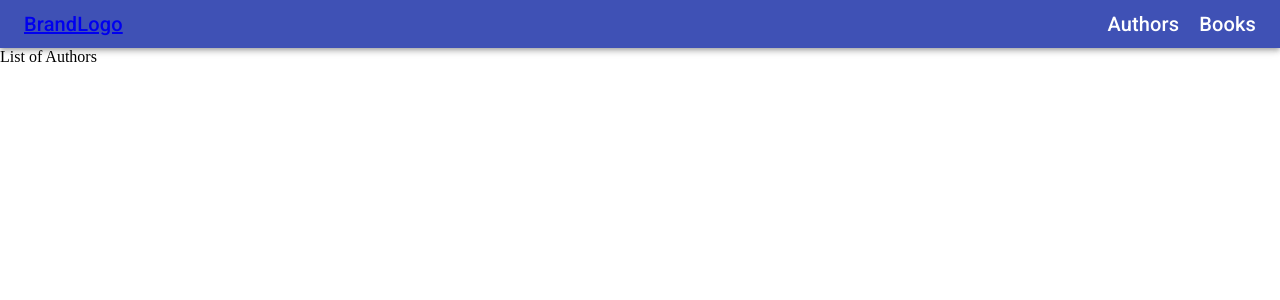
Repository: Sociophuck/00007494
Page: /authors (app in front/)
The author's editor kept a copy of each file at every save. The page is drawn from the files as they stood at one save, then again after the next save.
The browser window is 1280 px wide. The pictures show the whole page.
The project was rebuilt for these pictures with package versions that can differ from the ones it lists, and the page was loaded fresh each time. Also part of the build but not shown: front/src/App.css, front/src/Book.js, front/src/Home.js.

Above is the page before, as saved 2021-04-04 11:05:47.

After the next save:
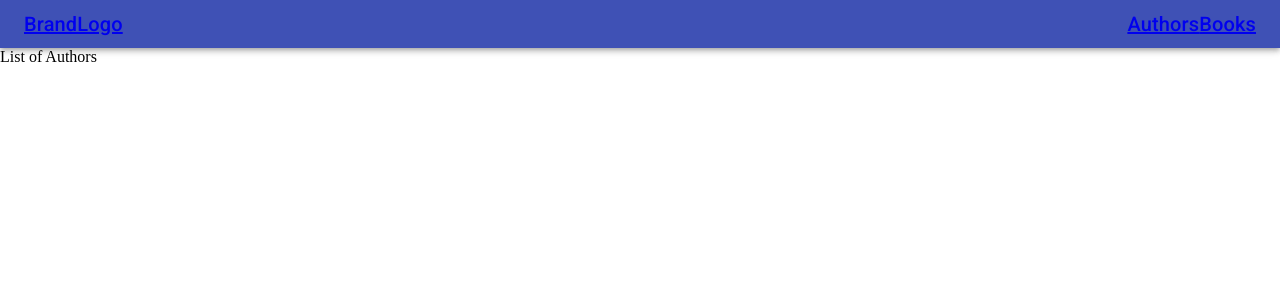
Saved 36 s later.
--- a/front/src/index.css
+++ b/front/src/index.css
@@ -5,11 +5,11 @@ body {
 .header-links {
   display: flex;
 }
-.header-links > a {
+.link {
   margin-left: 20px;
   text-decoration: none;
   color: white;
 }
-.header-links > a:hover {
+.link:hover {
   color: turquoise;
 }
